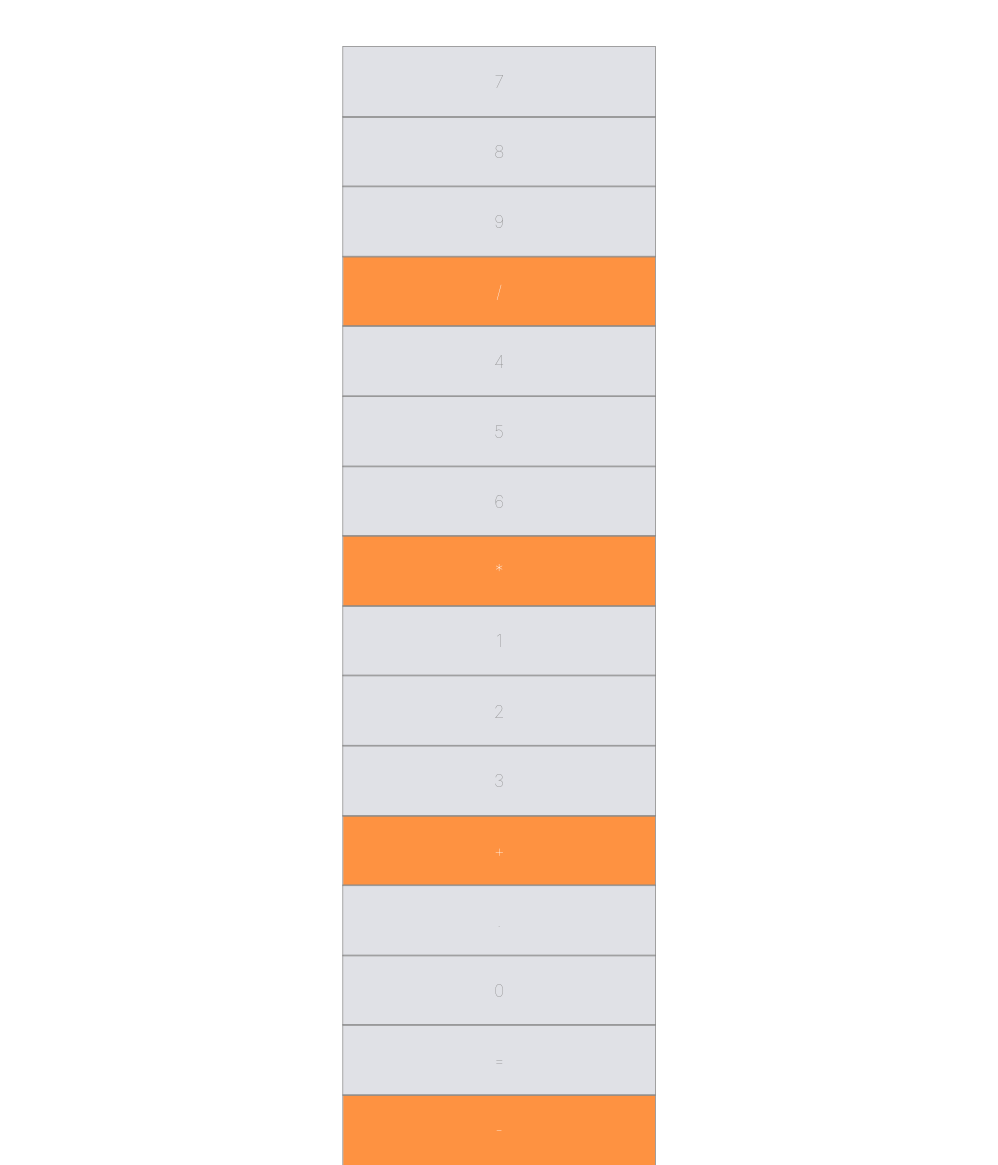
Repository: TECHIE404/Calculator
Page: /
An editor plug-in stored every save of this project. The page is shown before and after the next save, followed by the edit.
The browser window is 1280 px wide. The pictures show the whole page, at 78% of full size.
The project was rebuilt for these pictures with package versions that can differ from the ones it lists, and the page was loaded fresh each time.

Above is the page before, as saved 2021-04-27 20:21:03.

After the next save:
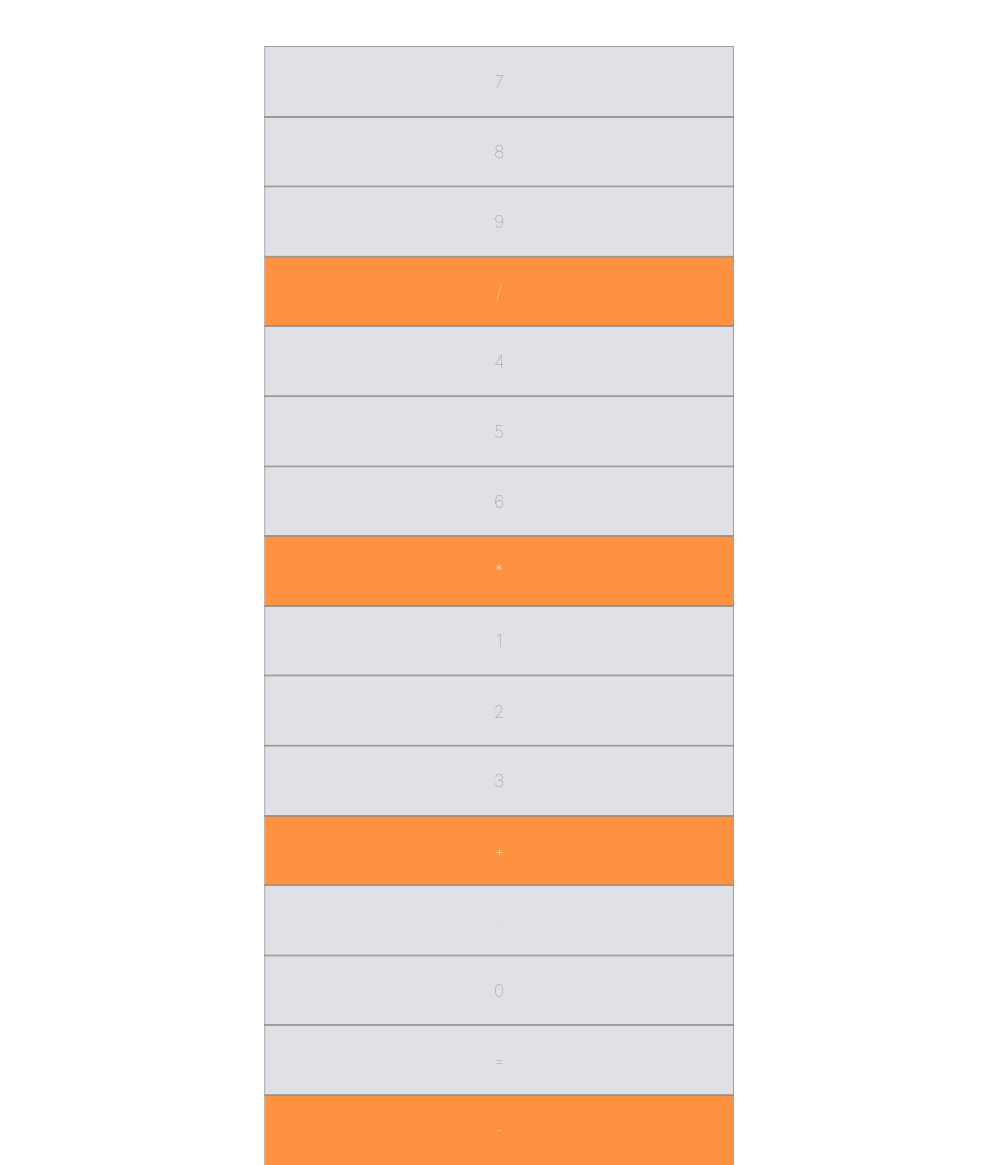
Saved 10 s later.
--- a/src/App.css
+++ b/src/App.css
@@ -7,7 +7,7 @@
 
 }
 .calc-wrapper{
-  width: 400px;
+  width: 600px;
   height: 600px;
 }
 .row{

After the save that followed:
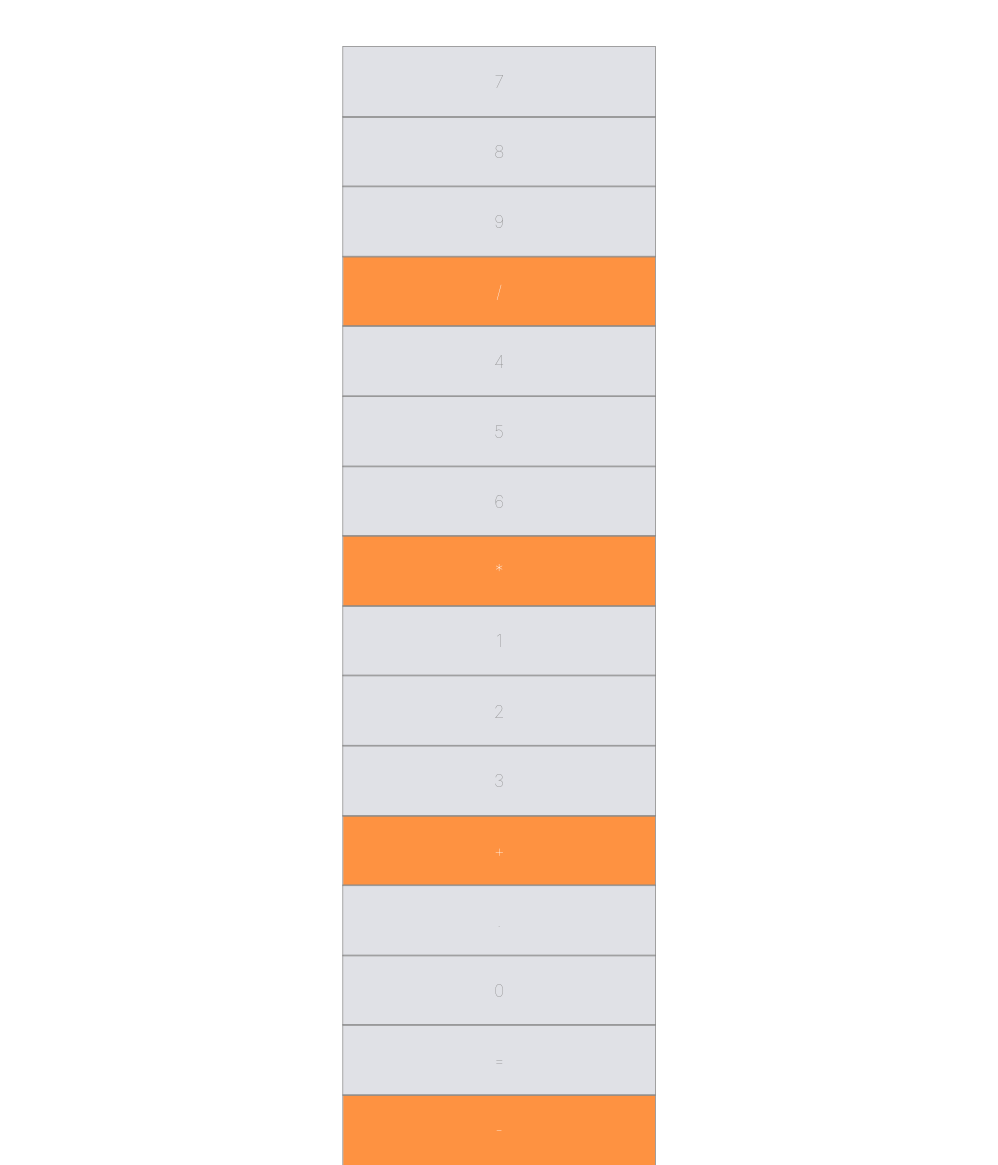
Saved 11 s later.
--- a/src/App.css
+++ b/src/App.css
@@ -7,7 +7,7 @@
 
 }
 .calc-wrapper{
-  width: 600px;
+  width: 400px;
   height: 600px;
 }
 .row{
